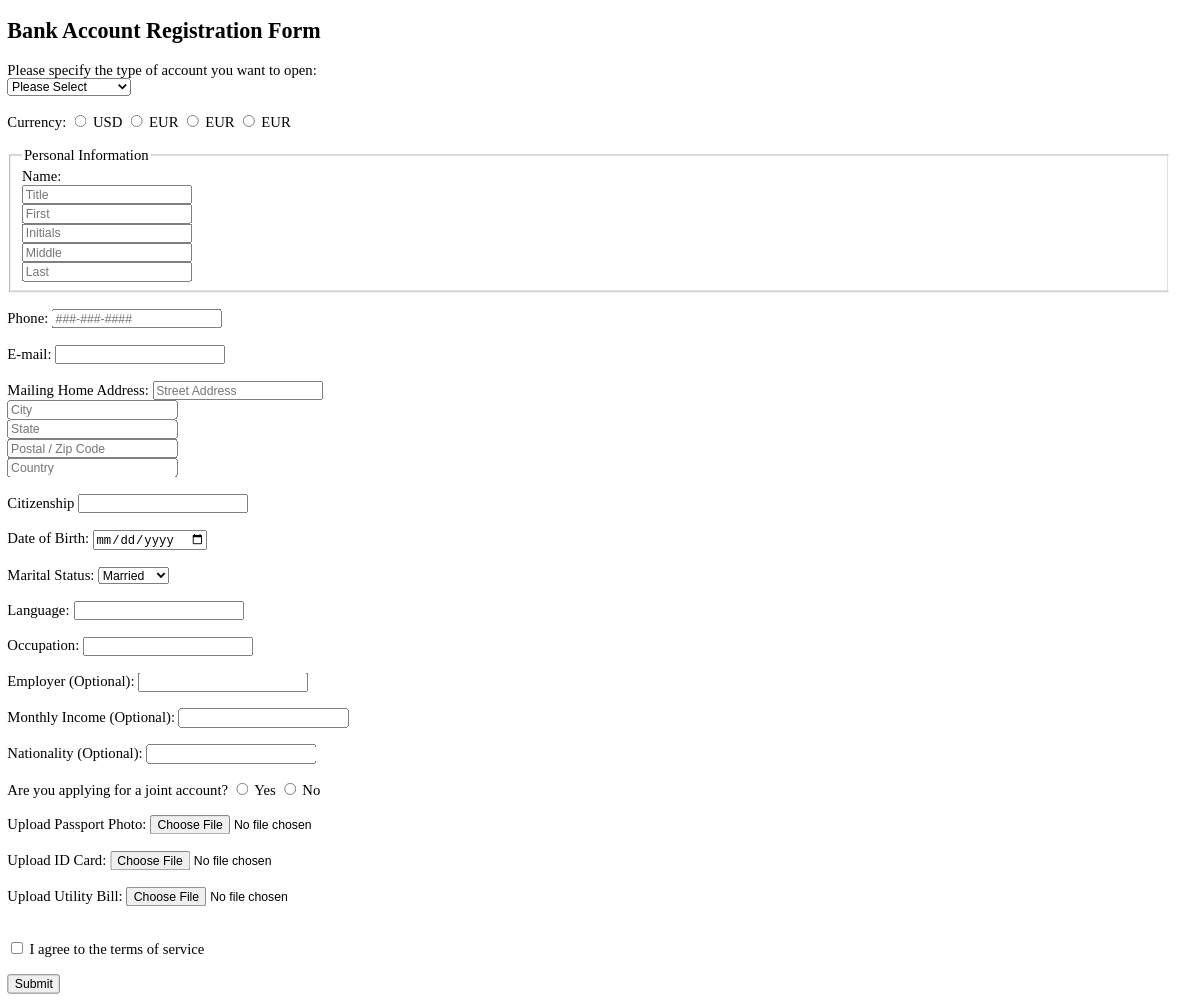
Repository: hizeetech/First-Assignment
Page: sign_up.html
These files come from the project's save history. The page is drawn as it stood at one moment and after the next save; the edit follows.
The browser window is 1280 px wide. The pictures show the whole page, at 92% of full size.

Above is the page before, as saved 2024-11-09 03:02:58.

### sign_up.html
<!-- sign_up.html -->
<!DOCTYPE html>
<html lang="en">
<head>
    <meta charset="UTF-8">
    <meta name="viewport" content="width=device-width, initial-scale=1.0">
    <title>Bank Account Registration Form</title>

</head>
<body>

<div>
    <h2>Bank Account Registration Form</h2>
    <form action="#" method="post">

        <div>
            <label for="account-type">Please specify the type of account you want to open:</label><br>
            <select id="account-type" name="account_type" required>
                <option value="">Please Select</option>
                <option value="savings">Savings Account</option>
                <option value="current">Current Account</option>
                <option value="corporate">Corporate Account</option>
            </select>
        </div>
        <br>
        <div>
            <label>Currency:</label>
            <label><input type="radio" name="currency" value="NGN" required> USD</label>
            <label><input type="radio" name="currency" value="USD"> EUR</label>
            <label><input type="radio" name="currency" value="EUR"> EUR</label>
            <label><input type="radio" name="currency" value="POUNDS"> EUR</label>
        </div>
        <br>
        <div>
            <fieldset>
                <legend>Personal Information</legend>
            <label for="title">Name:</label>
            <div class="inline"><input type="text" id="title" name="title" placeholder="Title"></div>
            <div class="inline"><input type="text" name="first_name" placeholder="First" required></div>
            <div class="inline"><input type="text" name="initials" placeholder="Initials"></div>
            <div class="inline"><input type="text" name="middle_name" placeholder="Middle"></div>
            <input type="text" name="last_name" placeholder="Last" required>
            </fieldset>
        </div>
        <br>
        <div>
            <label for="phone">Phone:</label>
            <input type="tel" id="phone" name="phone" placeholder="###-###-####" required>
        </div>
        <br>
        <div>
            <label for="email">E-mail:</label>
            <input type="email" id="email" name="email" required>
        </div>
        <br>
        <div>
            <label for="address">Mailing Home Address:</label>
            <input type="text" id="address" name="address" placeholder="Street Address" required>
            <div class="inline"><input type="text" name="city" placeholder="City" required></div>
            <div class="inline"><input type="text" name="state" placeholder="State" required></div>
            <div class="inline"><input type="text" name="postal_code" placeholder="Postal / Zip Code" required></div>
            <input type="text" name="country" placeholder="Country" required>
        </div>
        <br>
        <div>
            <label for="citizenship">Citizenship</label>
            <input type="citizenship" id="citizenship" name="citizenship" required>
        </div>
        <br>
        <div>
            <label for="dob">Date of Birth:</label>
            <input type="date" id="dob" name="dob" required>
        </div>
        <br>
        <div>
            <label for="marital-status">Marital Status:</label>
            <select id="marital-status" name="marital_status" required>
                <option value="married">Married</option>
                <option value="single">Single</option>
                <option value="divorced">Divorced</option>
                <option value="widowed">Widowed</option>
            </select>
        </div>
        <br>
        <div>
            <label for="language">Language:</label>
            <input type="text" id="language" name="language" required>
        </div>
        <br>
        <div>
            <label for="occupation">Occupation:</label>
            <input type="text" id="occupation" name="occupation" required>
        </div>
        <br>
        <div>
            <label for="employer">Employer (Optional):</label>
            <input type="text" id="employer" name="employer">
        </div>
        <br>
        <div>
            <label for="income">Monthly Income (Optional):</label>
            <input type="text" id="income" name="monthly_income">
        </div>
        <br>
        <div>
            <label for="nationality">Nationality (Optional):</label>
            <input type="text" id="nationality" name="nationality">
        </div>
        <br>
        <div>
            <label>Are you applying for a joint account?</label>
            <label><input type="radio" name="joint_account" value="yes"> Yes</label>
            <label><input type="radio" name="joint_account" value="no"> No</label>
        </div>
        <br>
        <div>
            <label for="passportPhoto">Upload Passport Photo:</label>
            <input type="file" id="passportPhoto" name="passportPhoto" accept="image/*" required><br><br>

            <label for="idCard">Upload ID Card:</label>
            <input type="file" id="idCard" name="idCard" accept="image/*" required><br><br>

            <label for="utilityBill">Upload Utility Bill:</label>
            <input type="file" id="utilityBill" name="utilityBill" accept="image/*" required><br><br>
        </div>
        <br>
        <div>
            <input type="checkbox" id="terms" name="terms" required>
            <label for="terms">I agree to the terms of service</a></label>
        </div>
        <br>
        <button type="submit" class="submit-btn">Submit</button>
    </form>
</div>

</body>
</html>

After the next save:
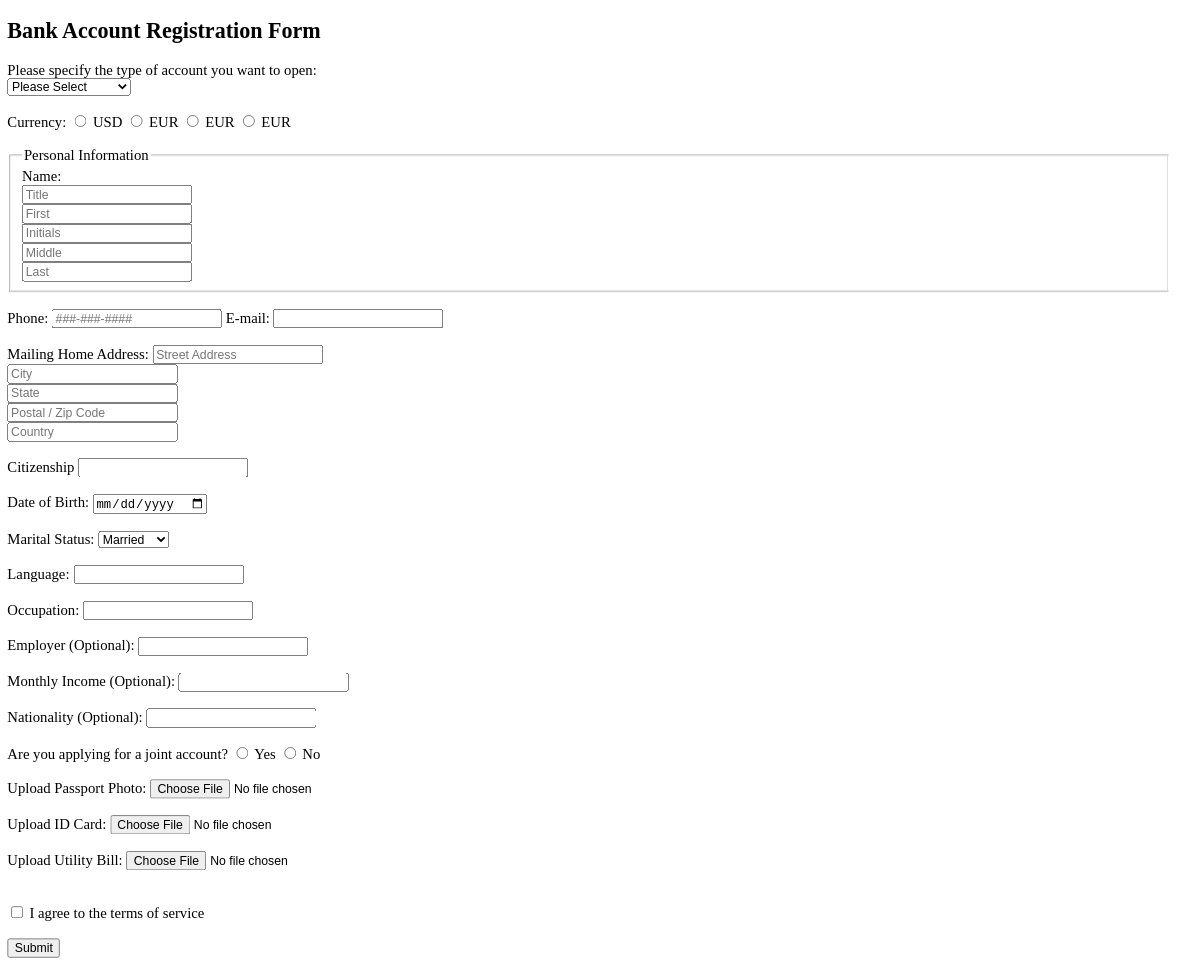
Saved 84 s later.
--- a/sign_up.html
+++ b/sign_up.html
@@ -46,9 +46,7 @@
         <div>
             <label for="phone">Phone:</label>
             <input type="tel" id="phone" name="phone" placeholder="###-###-####" required>
-        </div>
-        <br>
-        <div>
+
             <label for="email">E-mail:</label>
             <input type="email" id="email" name="email" required>
         </div>
